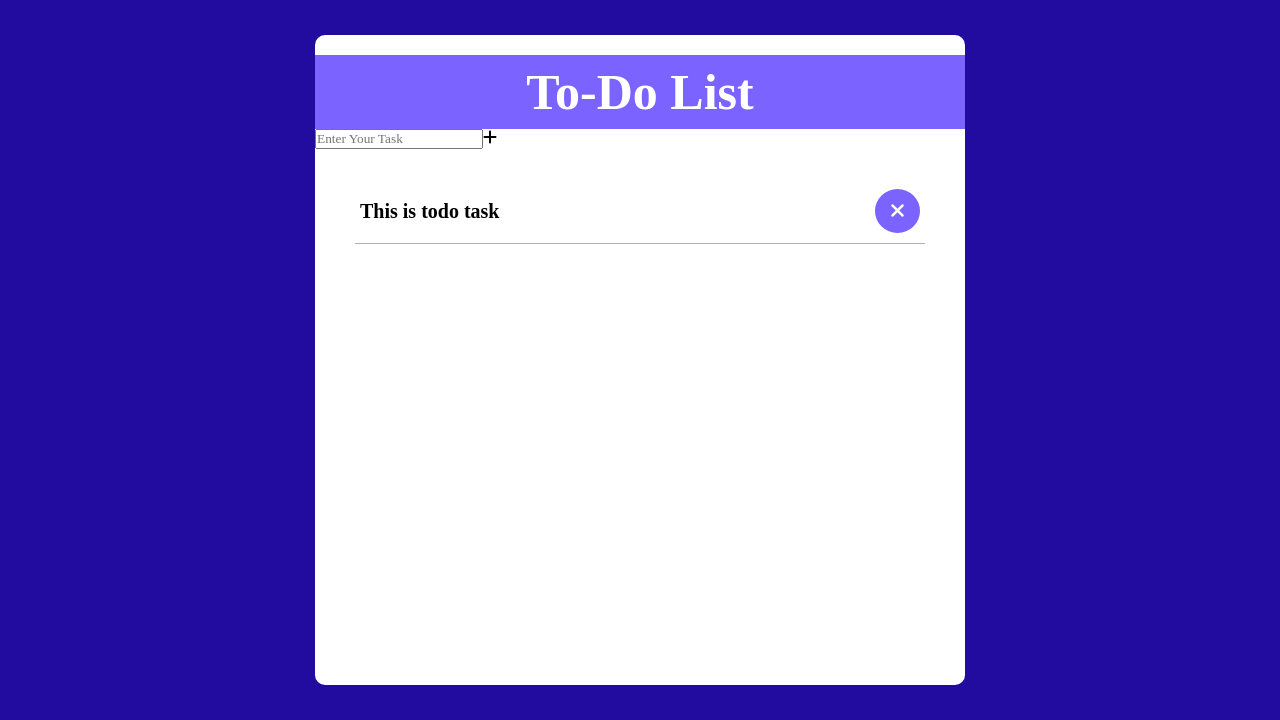
Repository: AliHassan02-Dev/To-Do-App
Page: /
An editor plug-in stored every save of this project. The page is shown before and after a run of saves, followed by the edit.
The browser window is 1280 px wide. The pictures show the whole page.
Some web libraries are served in a nearby version. The project was rebuilt for these pictures with package versions that can differ from the ones it lists, and the page was loaded fresh each time. Also part of the build but not shown: vite.config.js.

Above is the page before, as saved 2024-10-28 11:51:19.

After the next 2 saves:
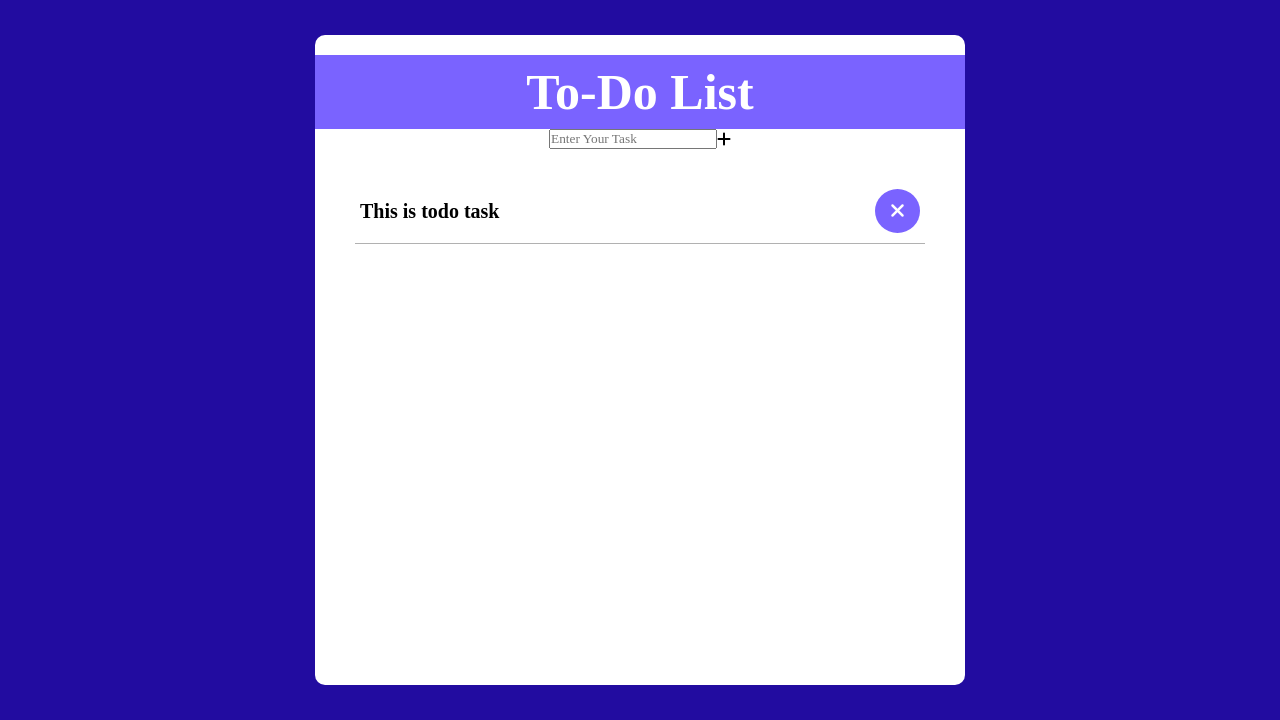
The 2 saves are shown as one change because they came seconds apart.
The last was saved 12 s later.
--- a/src/App.css
+++ b/src/App.css
@@ -36,7 +36,7 @@
   color: white;
 }
 
-.mainWrapper .container .topBar .addTasl {
+.mainWrapper .container .topBar .addTask {
   width: 100%;
   display: flex;
   justify-content: center;
